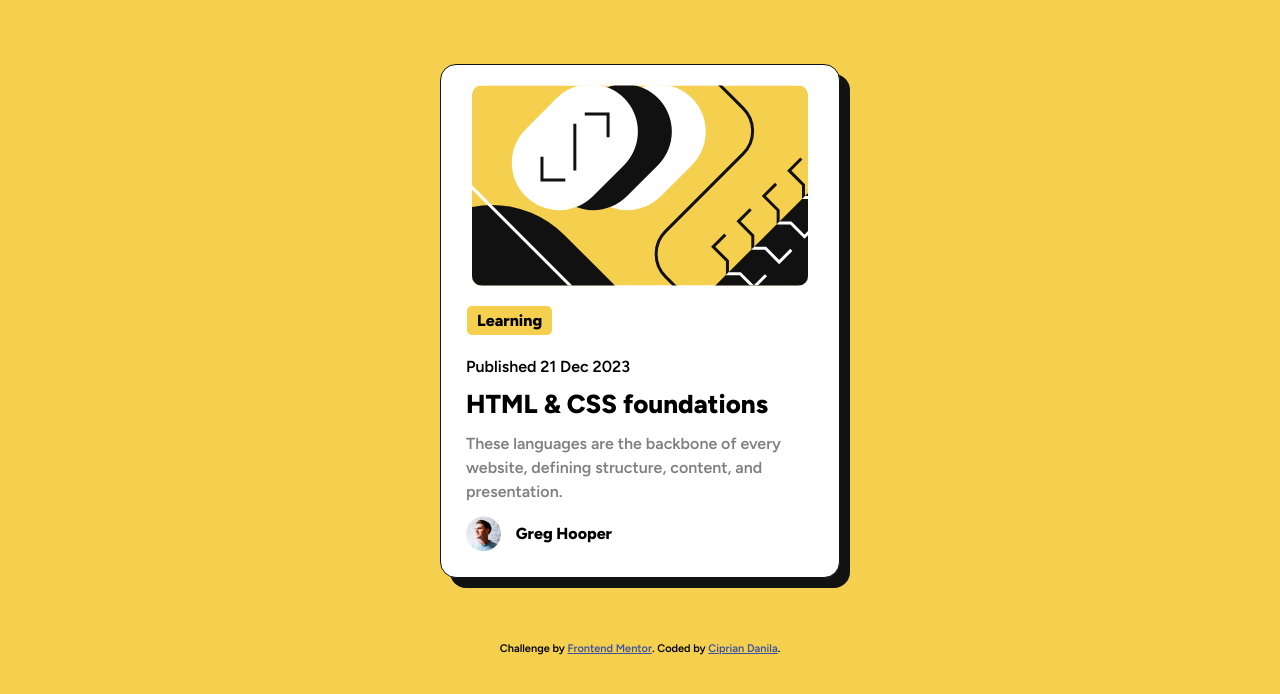
Repository: cipdanila/blog-preview-card
Page: index.html
These files come from the project's save history. The page is drawn as it stood at one moment and after the next save; the edit follows.
The browser window is 1280 px wide. The pictures show the whole page.

Above is the page before, as saved 2024-01-26 19:15:33.

### index.html
<!DOCTYPE html>
<html lang="en">
<head>
  <meta charset="UTF-8">
  <meta name="viewport" content="width=device-width, initial-scale=1.0"> <!-- displays site properly based on user's device -->

  <link rel="icon" type="image/png" sizes="32x32" href="./assets/images/favicon-32x32.png">
  <link rel="stylesheet" href="style.css">
  <title>Frontend Mentor | Blog preview card</title>

</head>
<body>
  <main>
    <div class="container">
      <div class="image">
        <img src="./assets/images/illustration-article.svg" alt="illustration article">
      </div>
      <div class="general">
        <div class="learning">
          <p>Learning</p>
        </div>
        <div class="publish">
          <p>Published 21 Dec 2023</p>
        </div>
        <div class="title">
          <h1>HTML & CSS foundations</h1>
        </div>
        <div class="info">
          <p>
            These languages are the backbone of every website, defining structure, content, and presentation.
          </p>
        </div>
        <div class="avatar">
          <img src="./assets/images/image-avatar.webp" alt="avatar">
          <p>Greg Hooper</p>
        </div>
      </div>
    </div>
  </main>

  <footer>
    <div class="attribution">
        Challenge by
        <a
            href="https://www.frontendmentor.io/challenges/blog-preview-card-ckPaj01IcS"
            target="_blank"
            rel="noopener noreferer"
            >Frontend Mentor</a
        >. Coded by <a href="https://github.com/cipdanila" target="_blank" rel="noopener noreferer">Ciprian Danila</a>.
    </div>
</footer>
</body>
</html>

### style.css
@import url('https://fonts.googleapis.com/css2?family=Figtree:wght@600;800&display=swap');

:root {
    /* Colors */
    /* Primary */
    --yellow: hsl(47, 88%, 63%);

    /* Neutral */
    --white: hsl(0, 0%, 100%);
    --grey: hsl(0, 0%, 50%);
    --black: hsl(0, 0%, 7%);
}

* {
    margin: 0;
    padding: 0;
    box-sizing: border-box;
}

body {
    display: flex;
    flex-direction: column;
    font-family: 'Figtree', sans-serif;
    font-size: 16px;
    font-weight: 600;
    background-color: var(--yellow);
}

.container {
    max-width: 400px;
    margin: 4rem auto;
    padding: 1.25rem 0.625rem;
    border-radius: 1rem;
    border: 1px solid var(--black);
    box-shadow: 10px 10px var(--black);
    display: flex;
    flex-direction: column;
    align-items: center;
    background-color: var(--white);
}

.image img {
    border-radius: 0.625rem;
}

.general {
    display: flex;
    flex-direction: column;
    align-self: start;
}

.learning {
    width: fit-content;
    background-color: var(--yellow);
    margin: 1rem;
    padding: 5px 10px;
    border-radius: 5px;
    font-weight: 800;
}

.publish, .title, .info {
    width: auto;
    margin: 5px;
    padding: 1px 10px;
}

.title h1 {
    font-weight: 800;
    font-size: 1.625rem;
}

.info p {
    color: var(--grey);
    line-height: 1.5;
    font-weight: 100;
}

.avatar {
    width: auto;
    display: flex;
    align-items: center;
    margin: 5px;
    padding: 1px 10px;
}

.avatar img {
    width: 10%;
}

.avatar p {
    display: inline-block;
    margin: 5px;
    padding: 1px 10px;
    font-weight: 800;
}

.attribution {
    font-size: 11px;
    text-align: center;
}
.attribution a {
    color: hsl(228, 45%, 44%);
}

/* @media (max-width: 576px) {
    .container {
        max-width: 100%;
    }
}

@media (min-width: 1440px) {
    .container {
        max-width: 1200px;
    }
} */

After the next save:
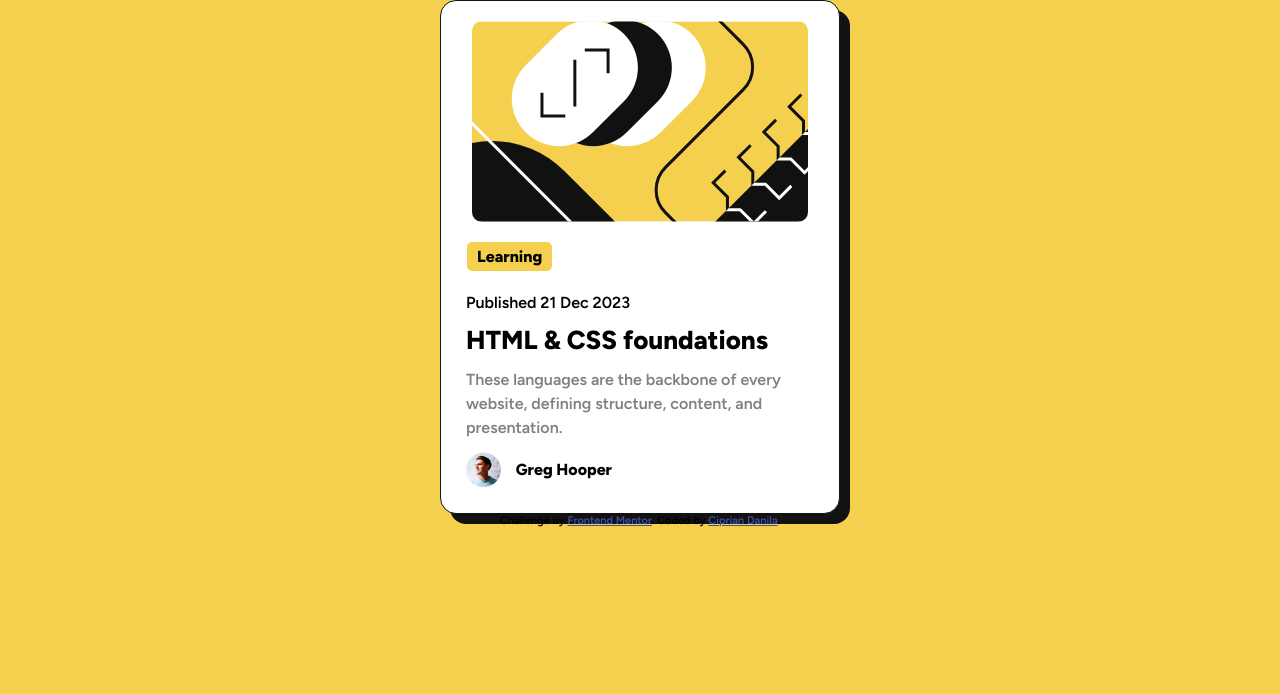
Saved 8 s later.
--- a/style.css
+++ b/style.css
@@ -28,7 +28,7 @@
 
 .container {
     max-width: 400px;
-    margin: 4rem auto;
+    margin: auto;
     padding: 1.25rem 0.625rem;
     border-radius: 1rem;
     border: 1px solid var(--black);

After the save that followed:
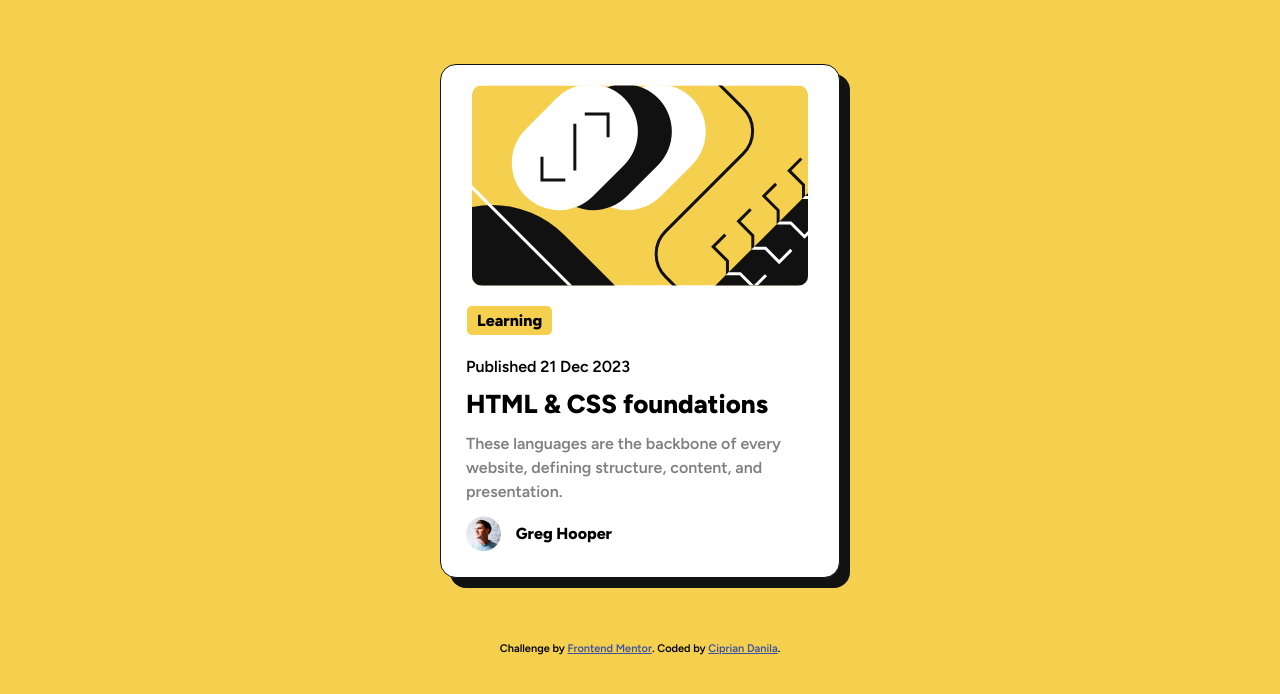
Saved 59 s later.
--- a/style.css
+++ b/style.css
@@ -28,7 +28,7 @@
 
 .container {
     max-width: 400px;
-    margin: auto;
+    margin: 4rem auto;
     padding: 1.25rem 0.625rem;
     border-radius: 1rem;
     border: 1px solid var(--black);
@@ -101,15 +101,3 @@
 .attribution a {
     color: hsl(228, 45%, 44%);
 }
-
-/* @media (max-width: 576px) {
-    .container {
-        max-width: 100%;
-    }
-}
-
-@media (min-width: 1440px) {
-    .container {
-        max-width: 1200px;
-    }
-} */
